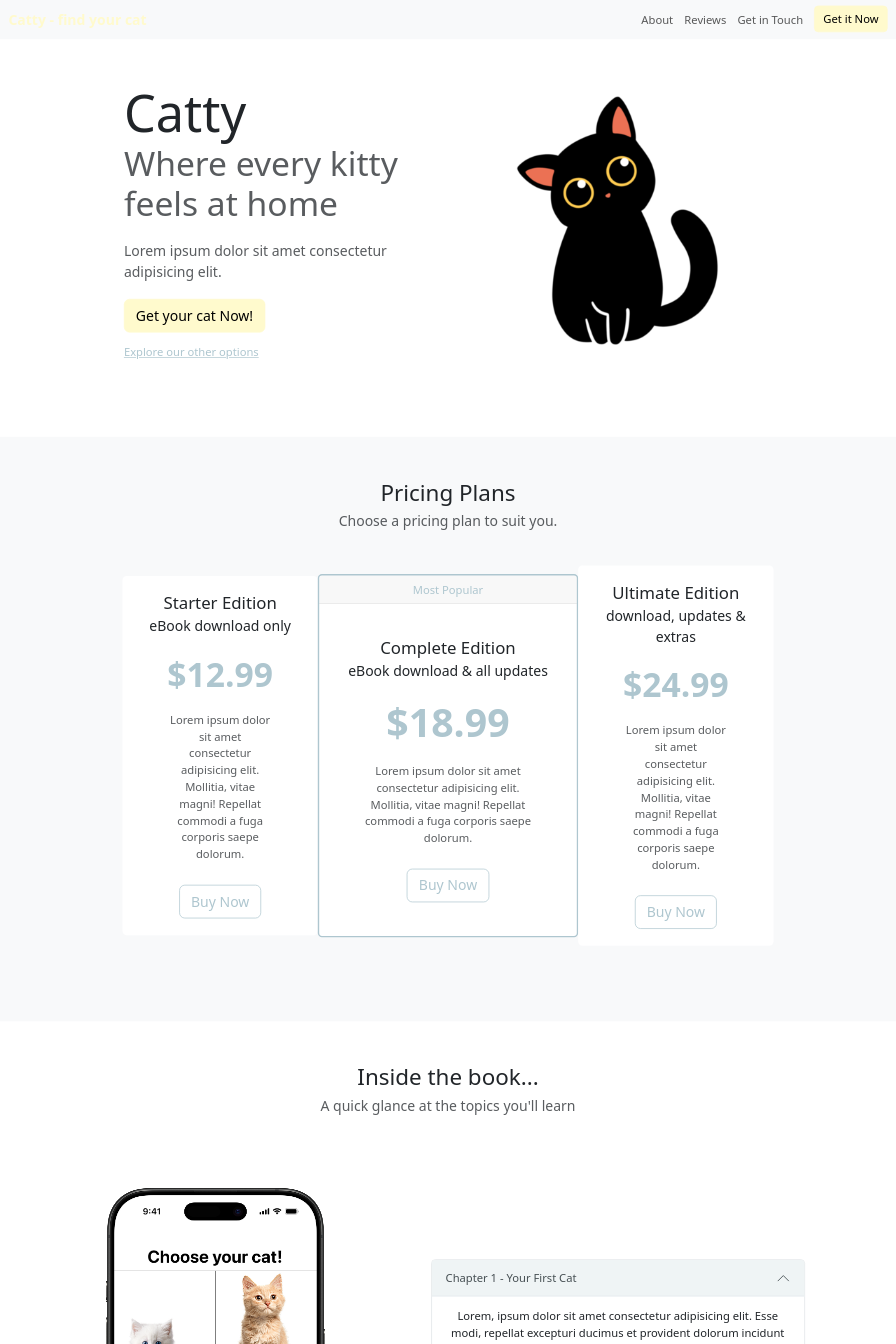
Repository: rihebtlh/catty-storefront
Page: index.html
The author's editor kept a copy of each file at every save. The page is drawn from the files as they stood at one save, then again after a run of saves.
The browser window is 1280 px wide. The pictures show the part of the page from y = 0 to 1920 px (the page is 4528 px tall), at 70% of full size.
The style sheet was rebuilt from its Sass, Less or Tailwind sources for each picture, by a compiler version that may differ from the author's.

Above is the page before, as saved 2025-06-23 19:06:12.

### index.html
<!DOCTYPE html>
<html lang="en">
<head>
  <meta charset="UTF-8" />
  <meta name="viewport" content="width=device-width, initial-scale=1.0" />
  <link
    href="/css/main.min.css"
    rel="stylesheet"/>
  <link rel="stylesheet" href="https://cdn.jsdelivr.net/npm/bootstrap-icons@1.13.1/font/bootstrap-icons.min.css">
  <title>Catty</title>
  <style>
    section {
      padding: 60px 0;
    }
  </style>
</head>
<body>
  <!-- Navbar -->
    <nav class="navbar navbar-expand-md navbar-light bg-light">
        <div class="container-xxl">
            <a href="#intro" class="navbar-brand">
                <span class="fw-bold text-secondary">Catty - find your cat</span>
            </a>
      <!-- Toggle button -->
            <button
                class="navbar-toggler"
                type="button"
                data-bs-toggle="collapse"
                data-bs-target="#main-nav"
                aria-controls="main-nav"
                aria-expanded="false"
                aria-label="Toggle navigation">
                <span class="navbar-toggler-icon"></span>
            </button>
      <!-- Navbar links -->
            <div class="collapse navbar-collapse justify-content-end align-center" id="main-nav">
                <ul class="navbar-nav">
                <li class="nav-item">
                    <a class="nav-link" href="#topics">About</a>
                </li>
                <li class="nav-item">
                    <a class="nav-link" href="#reviews">Reviews</a>
                </li>
                <li class="nav-item">
                    <a class="nav-link" href="#contact">Get in Touch</a>
                </li>
                <li class="nav-item d-md-none">
                    <a class="nav-link" href="#pricing">Pricing</a>
                </li>
                <li class="nav-item ms-2 d-none d-md-inline">
                    <a class="btn btn-secondary" href="#pricing">Get it Now</a>
                </li>
                </ul>
            </div>
        </div>
    </nav>

  <!-- Main image & intro text -->
  <section id="intro">
    <div class="container-lg">
      <div class="row justify-content-center align-items-center">
        <div class="col-md-5 text-center text-md-start">
          <h1>
            <div class="display-2">Catty</div>
            <div class="display-5 text-muted">Where every kitty feels at home</div>
          </h1>
          <p class="lead my-4 text-muted">
            Lorem ipsum dolor sit amet consectetur adipisicing elit.
          </p>
          <a href="#pricing" class="btn btn-secondary btn-lg">Get your cat Now!</a>
          <!--open sidebar / offcanvas-->
          <a href="#sidebar" class="d-block mt-3" data-bs-toggle="offcanvas">
            Explore our other options
          </a>
        </div>
        <div class="col-md-5 text-center d-none d-md-block">
          <!--tooltip-->
          <span class="tt" data-bs-placement="bottom" title="Catty logo">
            <img class="img-fluid" src="/assets/catLogo.webp" alt="cat"/>
          </span>
        </div>
      </div>
    </div>
  </section>

    <!-- pricing plans -->
  <section id="pricing" class="bg-light mt-5">
    <div class="container-lg">
      <div class="text-center">
        <h2>Pricing Plans</h2>
        <p class="lead text-muted">Choose a pricing plan to suit you.</p>
      </div>

      <div class="row my-5 g-0 align-items-center justify-content-center"> <!--g-0 is for the gap so this one there's no gap-->
        <div class="col-8 col-lg-4 col-xl-3">
          <div class="card border-0">
            <div class="card-body text-center py-4">
              <h4 class="card-title">Starter Edition</h4>
              <p class="lead card-subtitle">eBook download only</p>
              <p class="display-5 my-4 text-primary fw-bold">$12.99</p>
              <p class="card-text mx-5 text-muted d-none d-lg-block">Lorem ipsum dolor sit amet consectetur adipisicing elit. Mollitia, vitae magni! Repellat commodi a fuga corporis saepe dolorum.</p>
              <a href="#" class="btn btn-outline-primary btn-lg mt-3">
                Buy Now
              </a>
            </div>
          </div>
        </div>

        <div class="col-9 col-lg-4">
          <div class="card border-primary border-2">
            <div class="card-header text-center text-primary">Most Popular</div>
            <div class="card-body text-center py-5">
              <h4 class="card-title">Complete Edition</h4>
              <p class="lead card-subtitle">eBook download & all updates</p>
              <p class="display-4 my-4 text-primary fw-bold">$18.99</p>
              <p class="card-text mx-5 text-muted d-none d-lg-block">Lorem ipsum dolor sit amet consectetur adipisicing elit. Mollitia, vitae magni! Repellat commodi a fuga corporis saepe dolorum.</p>
              <a href="#" class="btn btn-outline-primary btn-lg mt-3">
                Buy Now
              </a>
            </div>
          </div>
        </div>

        <div class="col-8 col-lg-4 col-xl-3">
          <div class="card border-0">
            <div class="card-body text-center py-4">
              <h4 class="card-title">Ultimate Edition</h4>
              <p class="lead card-subtitle">download, updates & extras</p>
              <p class="display-5 my-4 text-primary fw-bold">$24.99</p>
              <p class="card-text mx-5 text-muted d-none d-lg-block">Lorem ipsum dolor sit amet consectetur adipisicing elit. Mollitia, vitae magni! Repellat commodi a fuga corporis saepe dolorum.</p>
              <a href="#" class="btn btn-outline-primary btn-lg mt-3">
                Buy Now
              </a>
            </div>
          </div>
        </div>
      </div>
    </div><!-- end container -->
  </section>

    <!-- topics at a glance -->
     <section class="topics">
      <div class="container-md"> <!--100% width until meduim screens qt thispoint it will get everything at the middle-->
        <div class="text-center">
          <h2>Inside the book...</h2>
          <p class="lead text-muted">
            A quick glance at the topics you'll learn
          </p>
          <div class="row my-5 g-5 justify-content-around align-items-center">
            <div class="col-6 col-lg-4">
              <img src="/assets/phone.png" class="img-fluid" alt="ebook">
            </div>
            <div class="col-lg-6">
            <!-- accordion 1-->
            <div class="accordion" id="chapters">
              <div class="accordion-item">
                <h2 class="accordion-header" id="heading-1">
                  <button class="accordion-button" type="button" data-bs-toggle="collapse" data-bs-target="#chapter-1" aria-expanded="true" aria-controls="chapter-1">
                    Chapter 1 - Your First Cat
                  </button>
                </h2>
                <div id="chapter-1" class="accordion-collapse collapse show" aria-labelledby="heading-1" data-bs-parent="#chapters">
                  <div class="accordion-body">
                    <p>Lorem, ipsum dolor sit amet consectetur adipisicing elit. Esse modi, repellat excepturi ducimus et provident dolorum incidunt at officia aspernatur.</p>
                    <p>Lorem ipsum dolor sit amet consectetur adipisicing elit. Quae dolor blanditiis accusantium dicta? Dolorum ullam culpa ex! Distinctio, doloremque sunt repellendus laboriosam, excepturi vel illum facilis aliquam, alias inventore non?</p>

                  </div>
                </div>
              </div>
              <!-- accordion 2-->
              <div class="accordion-item">
                <h2 class="accordion-header" id="heading-2">
                  <button class="accordion-button" type="button" data-bs-toggle="collapse" data-bs-target="#chapter-2" aria-expanded="true" aria-controls="chapter-2">
                    Chapter 2 - Your second Cat
                  </button>
                </h2>
                <div id="chapter-2" class="accordion-collapse collapse" aria-labelledby="heading-2" data-bs-parent="#chapters">
                  <div class="accordion-body">
                    <p>Lorem, ipsum dolor sit amet consectetur adipisicing elit. Esse modi, repellat excepturi ducimus et provident dolorum incidunt at officia aspernatur.</p>
                    <p>Lorem ipsum dolor sit amet consectetur adipisicing elit. Quae dolor blanditiis accusantium dicta? Dolorum ullam culpa ex! Distinctio, doloremque sunt repellendus laboriosam, excepturi vel illum facilis aliquam, alias inventore non?</p>
                  </div>
                </div>
              </div>

              <!-- accordion 3-->
              <div class="accordion-item">
                <h2 class="accordion-header" id="heading-3">
                  <button class="accordion-button" type="button" data-bs-toggle="collapse" data-bs-target="#chapter-3" aria-expanded="true" aria-controls="chapter-3">
                    Chapter 3 - Your Third Cat
                  </button>
                </h2>
                <div id="chapter-3" class="accordion-collapse collapse" aria-labelledby="heading-3" data-bs-parent="#chapters">
                  <div class="accordion-body">
                    <p>Lorem, ipsum dolor sit amet consectetur adipisicing elit. Esse modi, repellat excepturi ducimus et provident dolorum incidunt at officia aspernatur.</p>
                    <p>Lorem ipsum dolor sit amet consectetur adipisicing elit. Quae dolor blanditiis accusantium dicta? Dolorum ullam culpa ex! Distinctio, doloremque sunt repellendus laboriosam, excepturi vel illum facilis aliquam, alias inventore non?</p>
                  </div>
                </div>
              </div>

              <!-- accordion 4-->
              <div class="accordion-item">
                <h2 class="accordion-header" id="heading-4">
                  <button class="accordion-button" type="button" data-bs-toggle="collapse" data-bs-target="#chapter-4" aria-expanded="true" aria-controls="chapter-4">
                    Chapter 4 - Your Third Cat
                  </button>
                </h2>
                <div id="chapter-4" class="accordion-collapse collapse" aria-labelledby="heading-4" data-bs-parent="#chapters">
                  <div class="accordion-body">
                    <p>Lorem, ipsum dolor sit amet consectetur adipisicing elit. Esse modi, repellat excepturi ducimus et provident dolorum incidunt at officia aspernatur.</p>
                    <p>Lorem ipsum dolor sit amet consectetur adipisicing elit. Quae dolor blanditiis accusantium dicta? Dolorum ullam culpa ex! Distinctio, doloremque sunt repellendus laboriosam, excepturi vel illum facilis aliquam, alias inventore non?</p>
                  </div>
                </div>
              </div>
              </div>

            </div>

          </div><!--around: spred around any free space (all the gaps are equal)-->
        </div>
      </div>
     </section>



    <!-- reviews list -->
    <section class="bg-light" id="reviews">
      <div class="container-lg">
        <div class="text-center">
          <h2><i class="bi bi-stars"></i>Cat reviews</h2>
          <p class="lead">What my students have said about the book ...</p>
        </div>
        <div class="row justify-content-center my-5">
          <div class="col-lg-8">
            <div class="list-group">
              <div class="list-group-item py-3">
                <h5 class="mb-1">Must buy for any cats lover</h5>
                <p class="mb-1">Lorem ipsum dolor sit amet, consectetur adipisicing elit. Sit quia nemo tempore excepturi dignissimos omnis blanditiis voluptate molestiae magni recusandae! Dolorem consequatur modi exercitationem aliquid doloribus neque fugiat sit impedit!</p>
                <small>Review By Hector</small>
                <div class="pb-2">
                  <i class="bi bi-star-fill"></i>
                  <i class="bi bi-star-fill"></i>
                  <i class="bi bi-star-fill"></i>
                  <i class="bi bi-star-fill"></i>
                  <i class="bi bi-star-fill"></i>
                </div>
              </div>
              <div class="list-group-item py-3">
                <h5 class="mb-1">Must buy for any cats lover</h5>
                <p class="mb-1">Lorem ipsum dolor sit amet, consectetur adipisicing elit. Sit quia nemo tempore excepturi dignissimos omnis blanditiis voluptate molestiae magni recusandae! Dolorem consequatur modi exercitationem aliquid doloribus neque fugiat sit impedit!</p>
                <small>Review By Hector</small>
                <div class="pb-2">
                  <i class="bi bi-star-fill"></i>
                  <i class="bi bi-star-fill"></i>
                  <i class="bi bi-star-fill"></i>
                  <i class="bi bi-star-fill"></i>
                  <i class="bi bi-star"></i>
                </div>
              </div>
              <div class="list-group-item py-3">
                <h5 class="mb-1">Must buy for any cats lover</h5>
                <p class="mb-1">Lorem ipsum dolor sit amet, consectetur adipisicing elit. Sit quia nemo tempore excepturi dignissimos omnis blanditiis voluptate molestiae magni recusandae! Dolorem consequatur modi exercitationem aliquid doloribus neque fugiat sit impedit!</p>
                <small>Review By Hector</small>
                <div class="pb-2">
                  <i class="bi bi-star-fill"></i>
                  <i class="bi bi-star-fill"></i>
                  <i class="bi bi-star-fill"></i>
                  <i class="bi bi-star-half"></i>
                  <i class="bi bi-star"></i>
                </div>
              </div>
            </div>
          </div>
        </div>
      </div>
    </section>
    <!-- contact form -->
    <!-- form-control, form-label, form-select, input-group-text -->
    <section id="contact">
      <div class="container-lg">
        <div class="text-center">
          <h2>Get in Touch</h2>
          <p class="lead">Questions to ask? Fill out the form to contact us directly...</p>
        </div>

        <div class="row justify-content-center my-5">
          <div class="col-lg-6">
            <form>
              <label for="email" class="form-label">Email Adress : </label>
              <div class="mb-4 input-group">
                <span class="input-group-text">
                  <i class="bi bi-envelope-fill"></i>
                </span>
                <input type="email" class="form-control" id="email" placeholder="e.g. mario@example.com">
                <span class="input-group-text">
                  <span class="tt" data-bs-placement="bottom" title="enter an email address we can aply to.">
                    <i class="bi bi-question-circle"></i>
                  </span>
                </span>
              </div>

              <label for="name" class="form-label">Name : </label>
              <div class="mb-4 input-group">
                <span class="input-group-text"><i class="bi bi-person-fill"></i></span>
                <input type="text" class="form-control" id="name" placeholder="e.g. mario">
                <span class="input-group-text">
                  <span class="tt" data-bs-placement="bottom" title="In case we replyed into your request.">
                    <i class="bi bi-question-circle"></i>
                  </span>
                </span>
              </div>

              <label for="subject" class="form-label">What is your question about?</label>
              <div class="mb-4 input-group">
                <span class="input-group-text"><i class="bi bi-chat-left-heart-fill"></i></span>
                <select class="form-select" id="subject">
                  <option value="pricing" selected>Pricing query</option>
                  <option value="content">Content query</option>
                  <option value="other">Other query</option>
                </select>
              </div>

              <div class="form-floating mb-4 mt-5">
                <textarea id="query" class="form-control" style="height: 140px"></textarea>
                <label for="query" class="form-label">Your query...</label>
              </div>
              <div class="mb-4 text-center">
                <button type="submit" class="btn btn-secondary">Submit</button>
              </div>
            </form>
          </div>
        </div>
      </div>
    </section>

    <!-- get updates / modal trigger -->
     <section class="bg-light">
      <div class="container">
        <div class="text-center">
          <h2>Stay in the loop</h2>
          <p class="lead">
            Get the latest updates as they happen...
          </p>
        </div>
        <div class="row justify-content-center">
          <div class="col-md-8 text-center">
            <p class="text-muted my-4">
              Lorem ipsum dolor sit amet consectetur adipisicing elit. Nisi, illo placeat soluta optio dicta natus ex consectetur ea corporis incidunt eaque enim dolore omnis asperiores a quo saepe cumque consequuntur.
            </p>
            <button class="btn btn-primary" data-bs-toggle="modal" data-bs-target="#reg-modal">Register for Updates</button>
          </div>
        </div>
      </div>
     </section>

    <!--model-->
    <div class="modal fade" id="reg-modal" tabindex="-1" aria-labelledby="modal-title" aria-hidden="true">
      <div class="modal-dialog">
        <div class="modal-content">
          <div class="modal-header">
            <h5 class="modal-title" id="modal-title">Get the Latest Updates</h5>
            <button class="btn-close" type="button" data-bs-dismiss="modal" aria-label="Close"></button>
          </div>
          <div class="modal-body">
            <p>Lorem ipsum dolor sit amet consectetur adipisicing elit. Dolore placeat modi soluta quibusdam eius ipsam quaerat fuga dignissimos dolorum impedit id molestiae voluptate iusto eveniet, in quas autem. Ad, rerum.</p>
            <label for="modal-email" class="form-label">Your email address</label>
            <input type="text" class="form-control" id="modal-email" placeholder="e.g. mario@example.com">
          </div>
          <div class="modal-footer">
            <button class="btn btn-primary">Submit</button>
          </div>
        </div>
      </div>
    </div>
    <!--offcanvas-->
    <div class="offcanvas offcanvas-start" tabindex="-1" id="sidebar"
    aria-labelledby="sidebar-label">
      <div class="offcanvas-header">
        <h5 class="offcanvas-title" id="sidebar-label">Options</h5>
        <button class="btn-close" type="button" data-bs-dismiss="offcanvas" aria-label="Close"></button>
      </div>
      <div class="offcanvas-body">
        <p>Lorem ipsum dolor sit amet consectetur adipisicing elit. Alias sed quasi cum commodi minus optio provident deserunt labore, laudantium error dignissimos ad nesciunt quos voluptatem amet odio sint odit eos!</p>
        <!--dropdown-->
        <div class="dropdown mt-3">
          <button class="btn btn-secondary dropdown-toggle" type="button" id="cat-dropdown" data-bs-toggle="dropdown">Choose cat type</button>
          <ul class="dropdown-menu" aria-labelledby="cat-dropdown">
            <li><a href="#" class="dropdown-item">Siamese cat</a></li>
            <li><a href="#" class="dropdown-item">Maine Coon</a></li>
            <li><a href="#" class="dropdown-item">British Shorthair</a></li>
            <li><a href="#" class="dropdown-item">Domestic Shorthair</a></li>
            <li><a href="#" class="dropdown-item">Russian Blue</a></li>
          </ul>
        </div>
      </div>
    </div>
  <!-- Bootstrap JS -->
  <script
    src="https://cdn.jsdelivr.net/npm/bootstrap@5.0.2/dist/js/bootstrap.bundle.min.js"
    integrity="sha384-MrcW6ZMFYlzcLA8Nl+NtUVF0sA7MsXsP1UyJoMp4YLEuNSfAP+JcXn/tWtIaxVXM"
    crossorigin="anonymous"
  ></script>
  <script>
    const tooltips = document.querySelectorAll('.tt')
    tooltips.forEach(t => {
      new bootstrap.Tooltip(t)
    })
  </script>
</body>
</html>

### sass/main.scss
//custom variables
$primary: #AEC6CF ;
$secondary: #FFFACD ;
//import bootstrap
@import '../node_modules/bootstrap/scss/bootstrap';

After the next 2 saves:
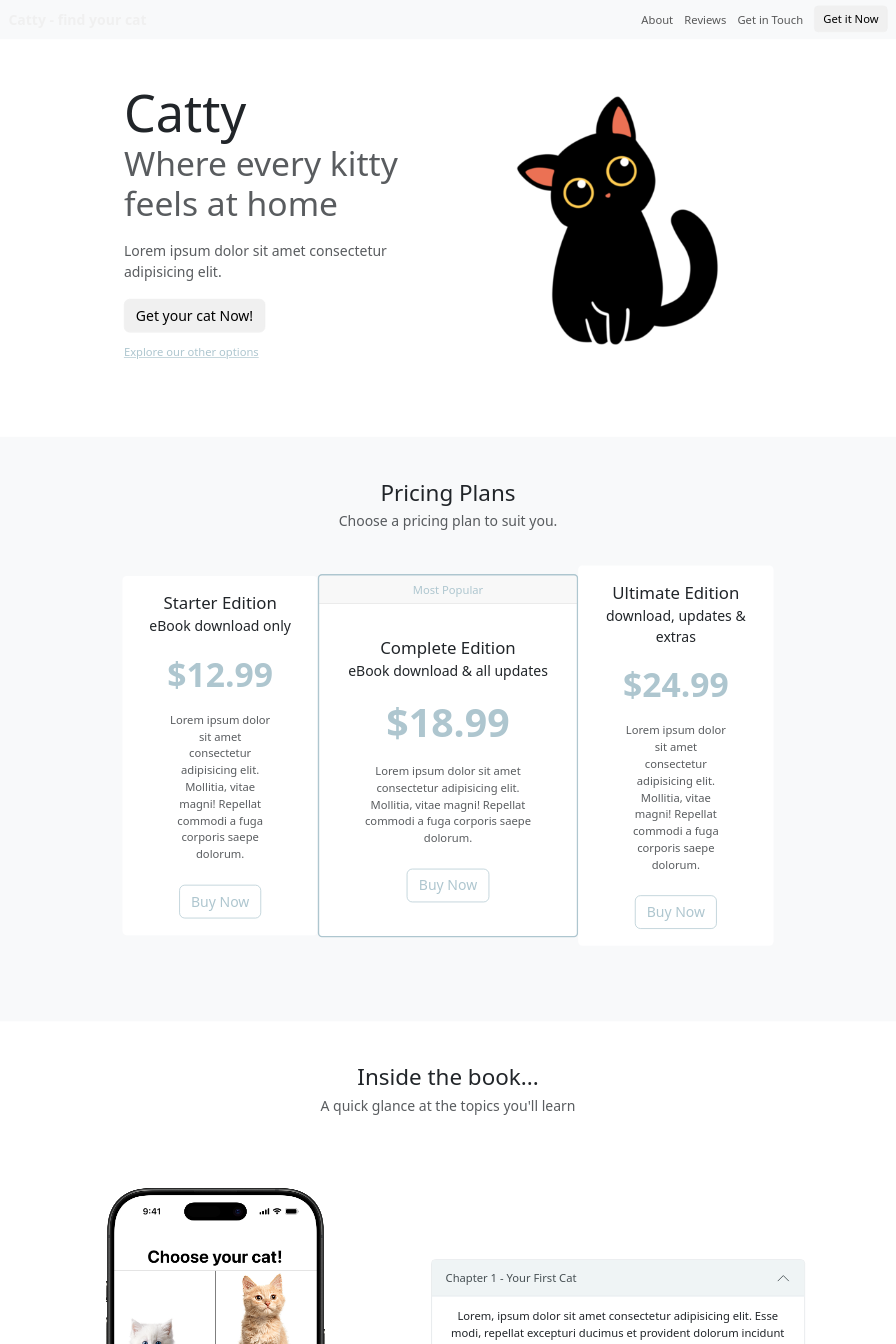
The 2 saves are shown as one change because they came seconds apart.
The last was saved 24 s later.
--- a/sass/main.scss
+++ b/sass/main.scss
@@ -1,5 +1,5 @@
 //custom variables
 $primary: #AEC6CF ;
-$secondary: #FFFACD ;
+$secondary: #F0F0F0;
 //import bootstrap
 @import '../node_modules/bootstrap/scss/bootstrap';
